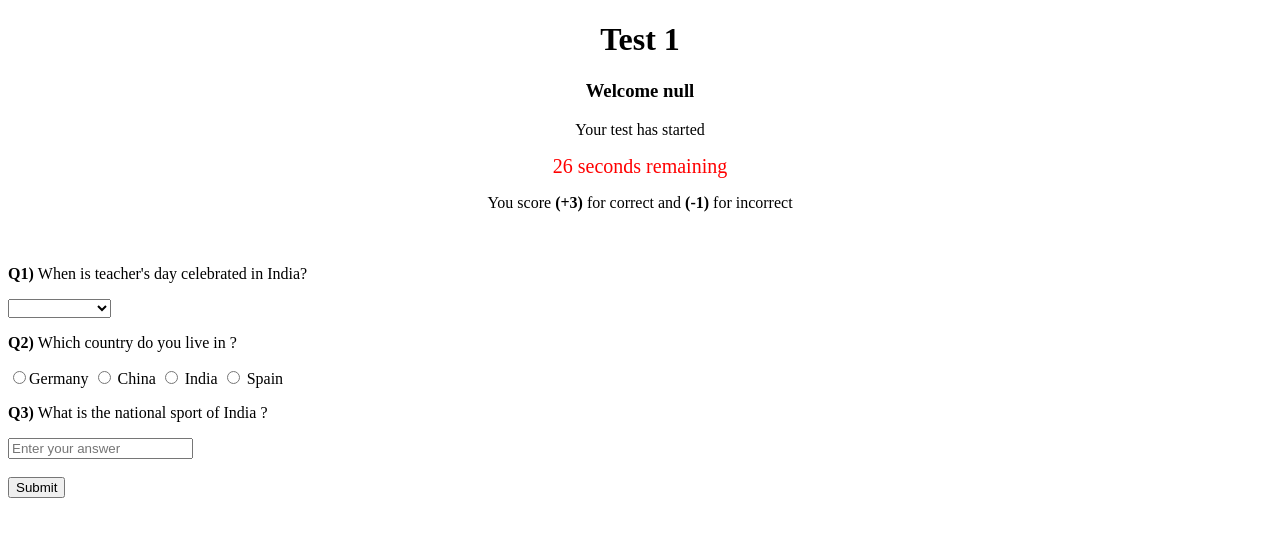
Repository: MriOj/OnlineExamPortal
Page: http://localhost/ExamPortal/test1.jsp
The author's editor kept a copy of each file at every save. The page is drawn from the files as they stood at one save, then again after the next save.
The browser window is 1280 px wide. The pictures show the whole page.
The page is served by Tomcat 9.

Above is the page before, as saved 2021-09-09 04:14:22.

After the next save:
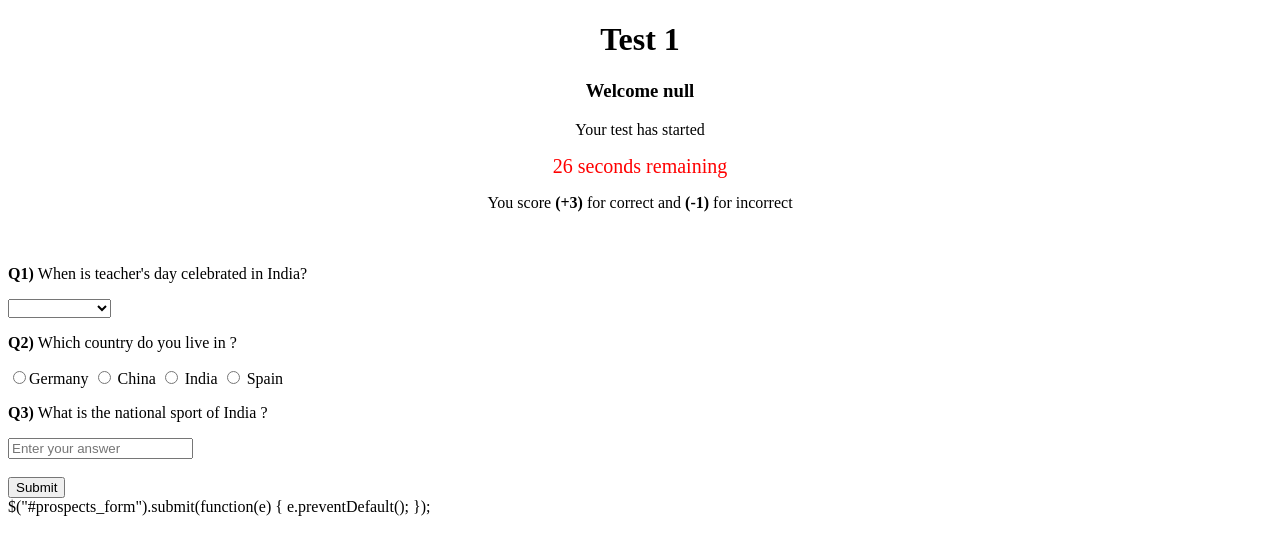
Saved 2 min 27 s later.
--- a/ExamPortal/src/main/webapp/test1.jsp
+++ b/ExamPortal/src/main/webapp/test1.jsp
@@ -79,5 +79,8 @@ function endtest() {
 }
 
 </script>
+$("#prospects_form").submit(function(e) {
+    e.preventDefault();
+});
 
 </html>
